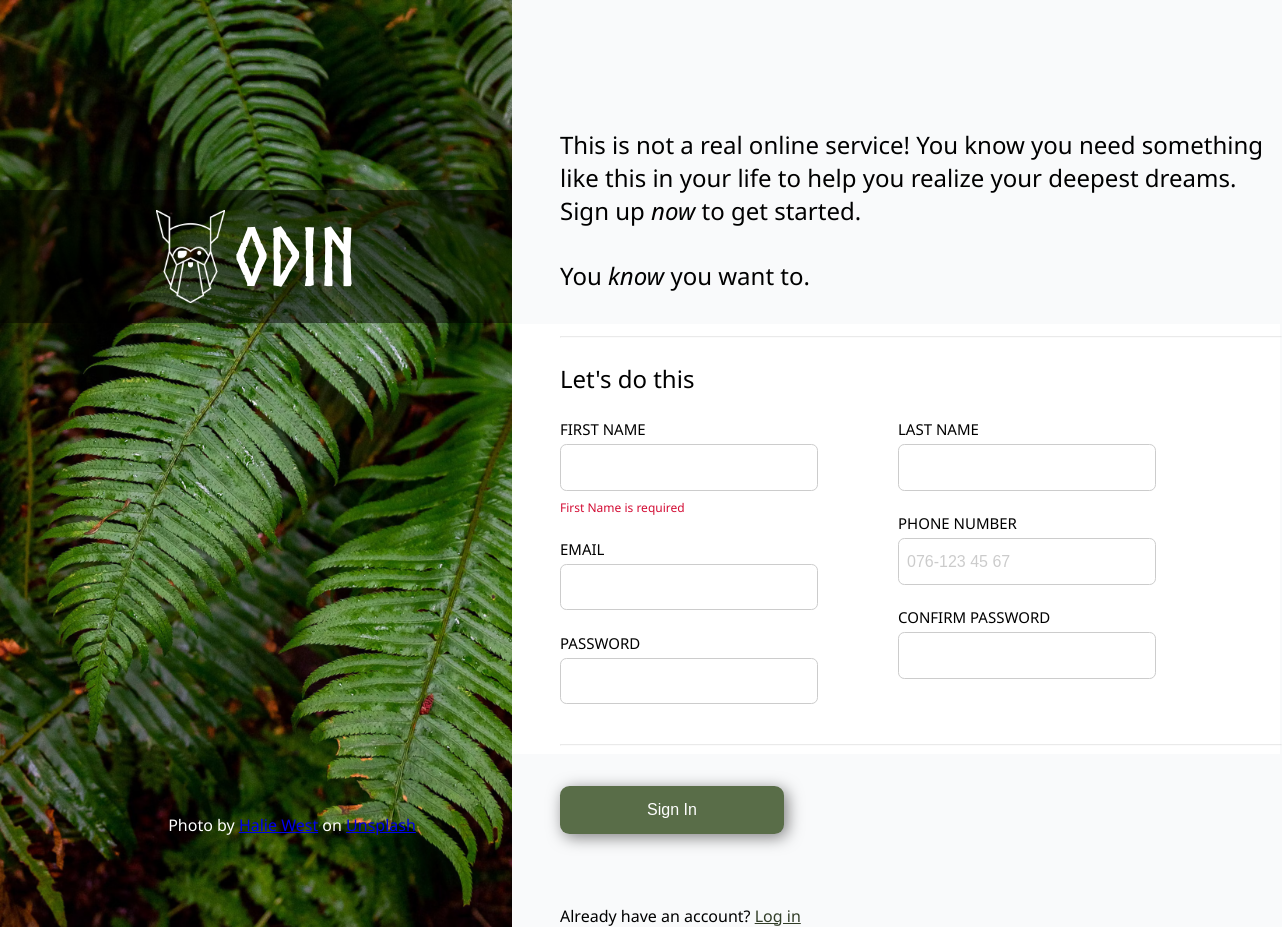
Repository: fed26sto-fundamentals/sign-up-form-odai-dh
Page: index.html
These files come from the project's save history. The page is drawn as it stood at one moment and after a run of saves; the edit follows.
The browser window is 1280 px wide. The page is 1282 px wide, so the pictures cover 1282 px, including what lies to the right of the window. The pictures show the whole page.
The first visible `input` has the focus.

Above is the page before, as saved 2024-10-01 14:26:03.

After the next 2 saves:
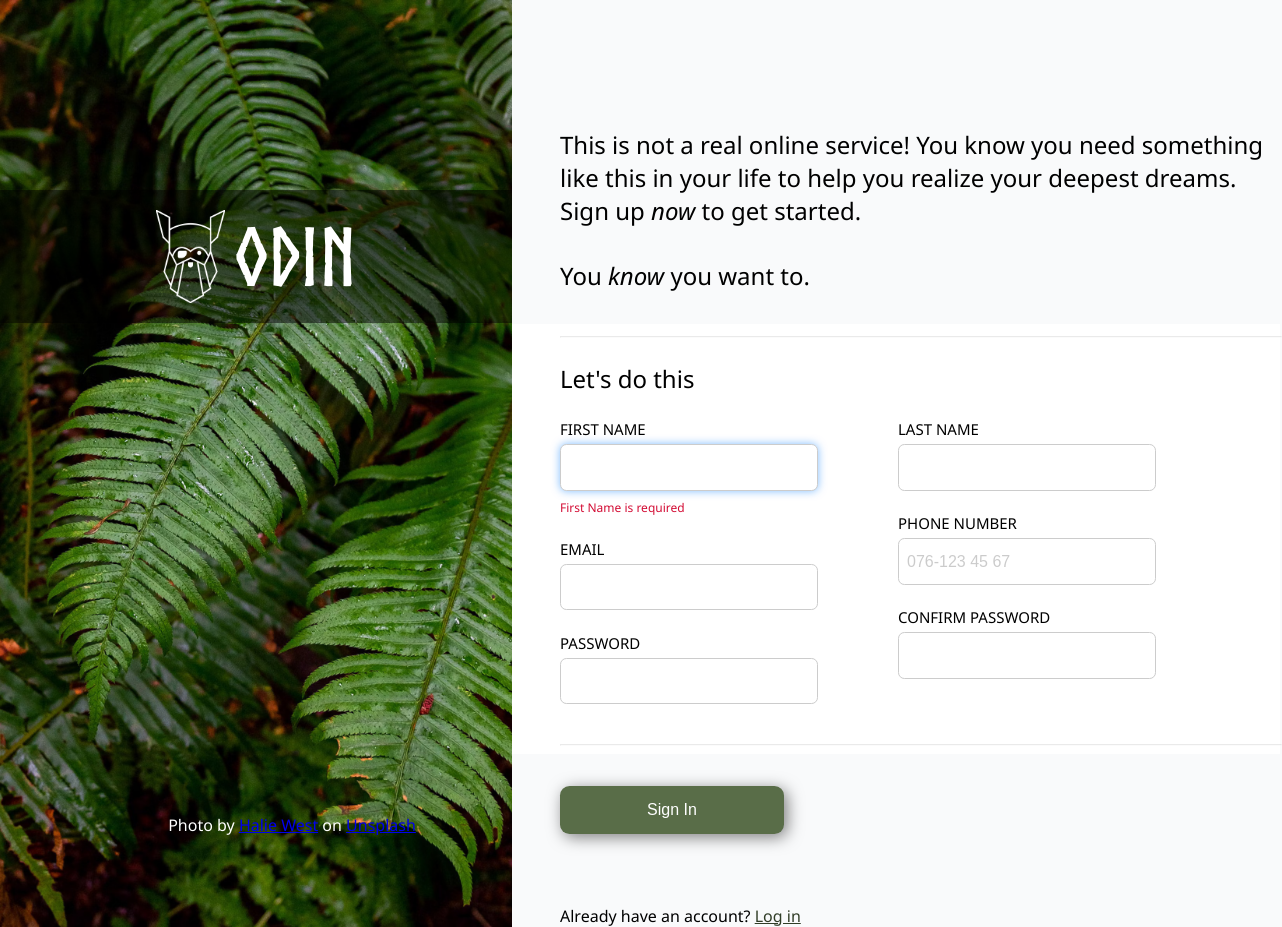
The 2 saves are shown as one change because they came seconds apart.
The last was saved 7 min 10 s later.
--- a/styles.css
+++ b/styles.css
@@ -133,6 +133,11 @@ body {
     width: 100%;
     opacity: 0.2;
 
+}
+input:focus {
+    border: 2px solid #007BFF; /* Blue border when focused */
+    box-shadow: 0 0 8px rgba(0, 123, 255, 0.5); /* Subtle blue shadow */
+    outline: none; /* Remove the default focus outline */
 }
 
 
